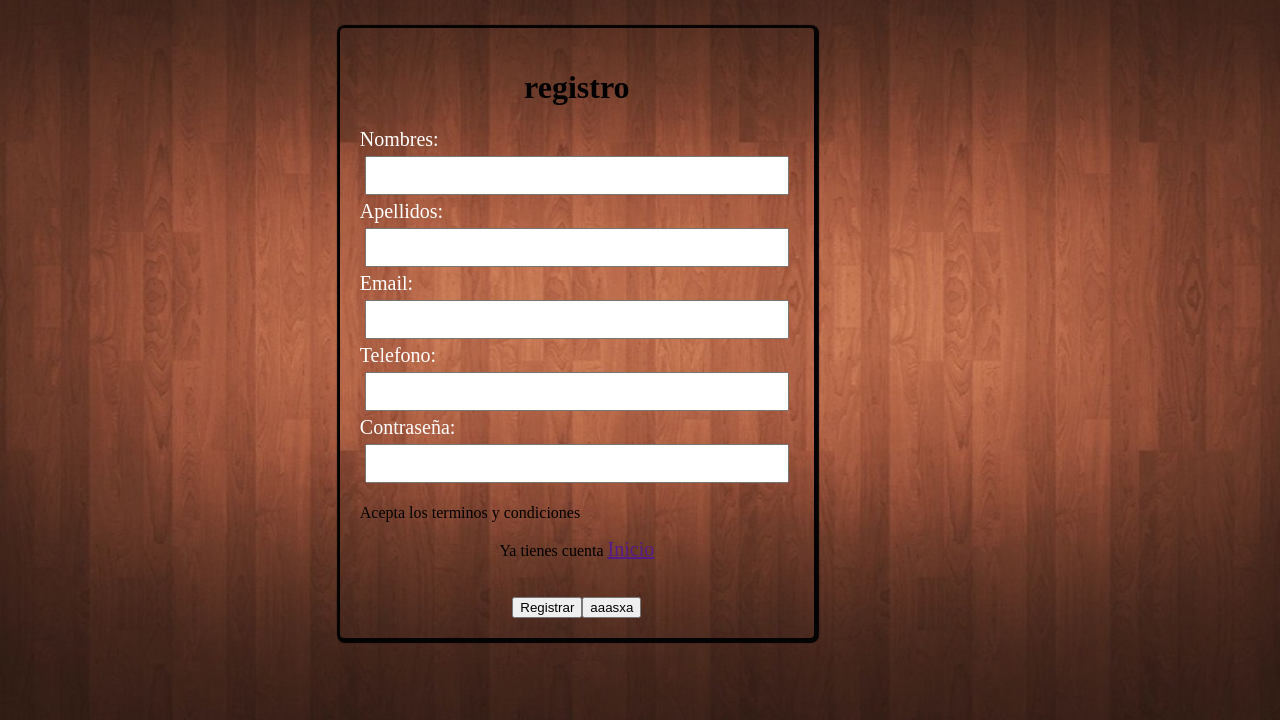
Repository: ye909/aplicacion_restaurante
Page: public/templeis/registro.html
An editor plug-in stored every save of this project. The page is shown before and after the next save, followed by the edit.
The browser window is 1280 px wide. The pictures show the whole page.
Backgrounds fixed to the window are drawn as part of the page.

Above is the page before, as saved 2024-11-12 21:56:51.

After the next save:
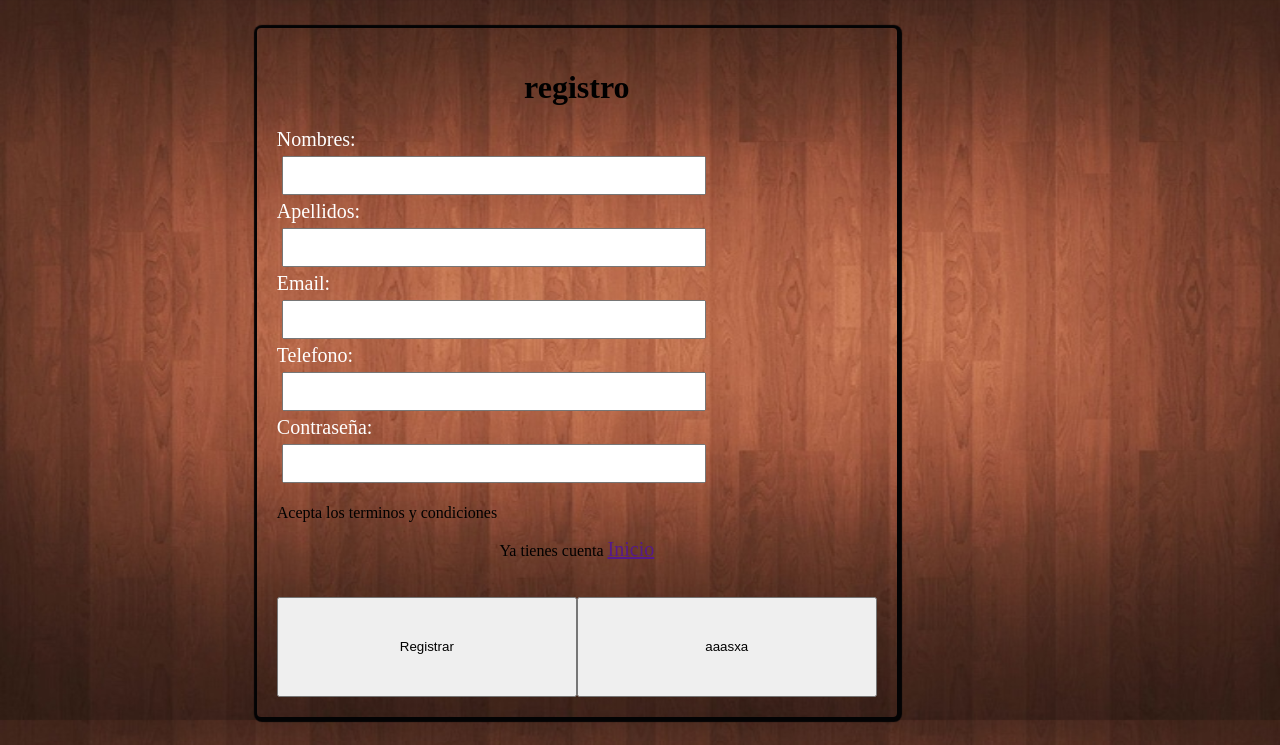
Saved 17 s later.
--- a/public/css/registro.css
+++ b/public/css/registro.css
@@ -32,7 +32,10 @@ label{
     justify-content: center;
     align-items: center;
 
-
+}
+button{
+    width: 300px;
+    height: 100px;
 }
 input{
     padding: 10px;
